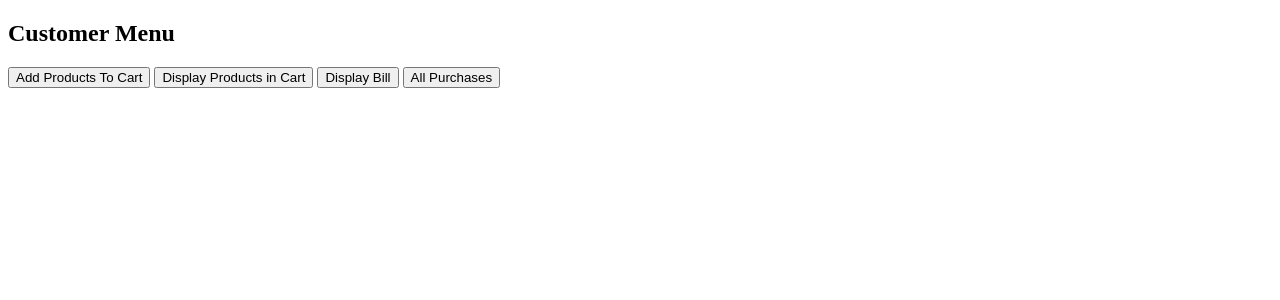
Repository: nelsonamaran14/OnlineShopping_CaseStudy2
Page: http://localhost/OnlineShopping/customer.jsp
These files come from the project's save history. The page is drawn as it stood at one moment and after the next save; the edit follows.
The browser window is 1280 px wide. The pictures show the whole page.
The page is served by Tomcat 9.

Above is the page before, as saved 2023-09-05 12:12:27.

After the next save:
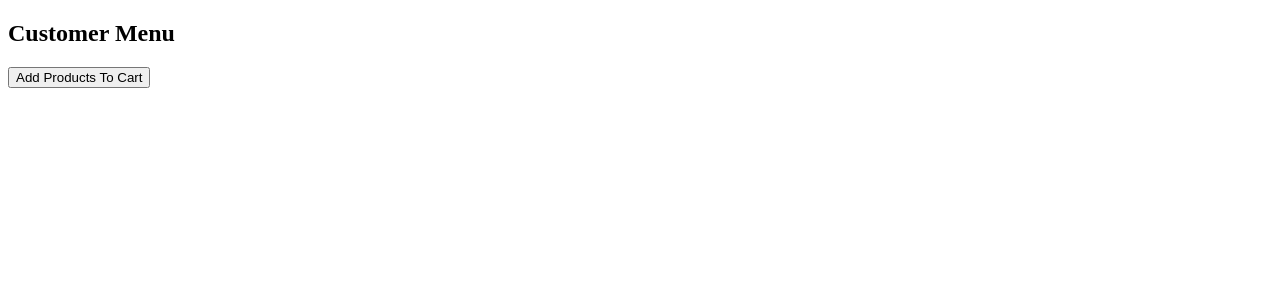
Saved 3 min 2 s later.
--- a/OnlineShopping/src/main/webapp/customer.jsp
+++ b/OnlineShopping/src/main/webapp/customer.jsp
@@ -10,9 +10,7 @@
 	<h2>Customer Menu</h2>
 	<form action="customer">
 		<button onclick="form.action='addtoCart'">Add Products To Cart</button>
-		<button onclick="form.action='showCart'">Display Products in Cart</button>
-		<button onclick="form.action='billing'">Display Bill</button>
-		<button onclick="form.action='purchase'">All Purchases</button>
+
 	</form>
 </body>
 </html>
